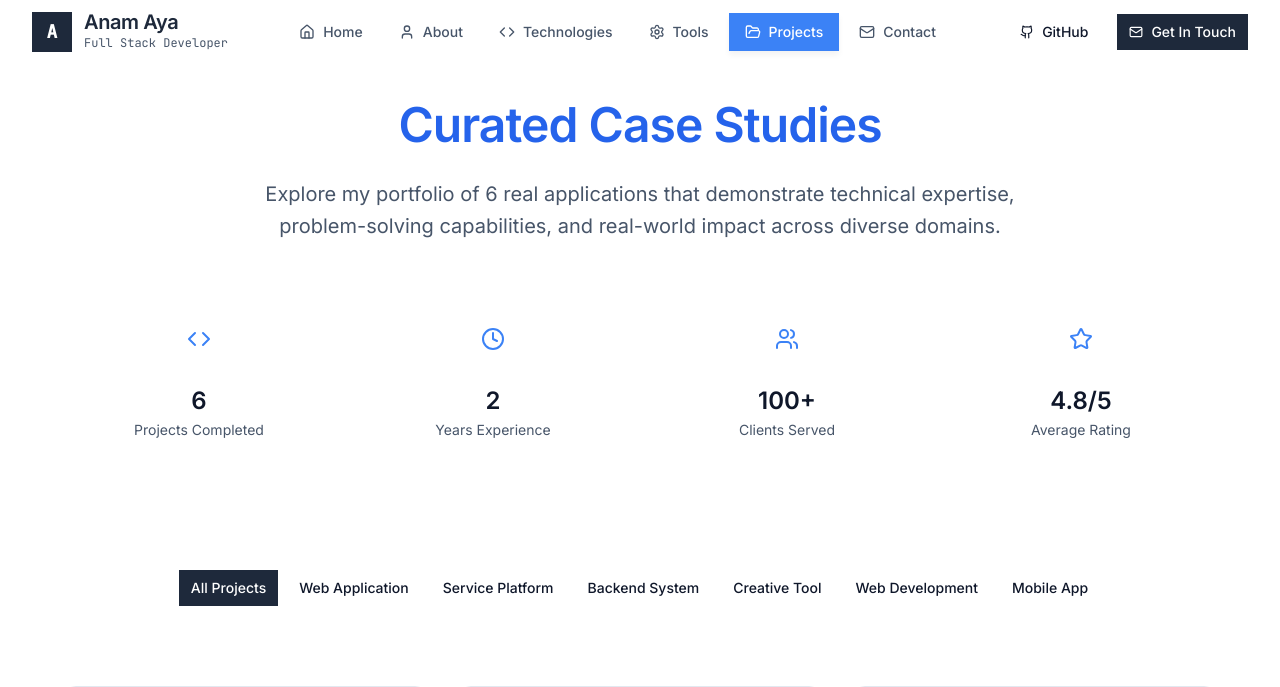
Repository: ayaaas/portflio_aya
Page: /projects-curated-case-studies
The author's editor kept a copy of each file at every save. The page is drawn from the files as they stood at one save, then again after a run of saves.
The browser window is 1280 px wide. The pictures show the part of the page from y = 0 to 687 px (the page is 2547 px tall).
Pictures or frames that could not be fetched are drawn as grey boxes. The project was rebuilt for these pictures with package versions that can differ from the ones it lists, and the page was loaded fresh each time. Also part of the build but not shown: vite.config.mjs, src/components/ErrorBoundary.jsx, src/pages/hero-section-developer-portfolio/components/ProfileImage.jsx, src/pages/hero-section-developer-portfolio/components/AnimatedText.jsx, src/pages/hero-section-developer-portfolio/components/HeroContent.jsx, src/pages/hero-section-developer-portfolio/components/BackgroundPattern.jsx, src/pages/hero-section-developer-portfolio/components/ScrollIndicator.jsx, src/pages/hero-section-developer-portfolio/index.jsx and 24 more.

Above is the page before, as saved 2025-07-18 23:58:51.

### index.html
<!doctype html>
<html lang="en">

<head>
  <meta charset="utf-8" />
  <title>anam-aya-portfolio</title>
  <meta name="viewport" content="width=device-width, initial-scale=1.0" />
  <meta name="theme-color" content="#000000" />
  <meta name="description" content="Web site created using create-react-app" />
  <link rel="icon" href="/favicon.ico" />
  <link rel="manifest" href="/manifest.json" />
<script type="module" src="https://static.rocket.new/rocket-web.js?_cfg=https%3A%2F%2Fanamayap2173back.builtwithrocket.new&_be=https%3A%2F%2Fapplication.rocket.new&_v=0.1.6"></script>
</head>

<body>
  <noscript>You need to enable JavaScript to run this app.</noscript>
  <div class="dhiwise-code" id="root"></div>
  <script type="module" src="/src/index.jsx"></script>
</body>

</html>

### src/Routes.jsx
import React from "react";
import { BrowserRouter, Routes as RouterRoutes, Route } from "react-router-dom";
import ScrollToTop from "components/ScrollToTop";
import ErrorBoundary from "components/ErrorBoundary";
// Add your imports here
import HeroSectionDeveloperPortfolio from "pages/hero-section-developer-portfolio";
import AboutMePersonalNarrative from "pages/about-me-personal-narrative";
import ToolsProfessionalWorkflowDisplay from "pages/tools-professional-workflow-display";
import ContactCommunicationPortal from "pages/contact-communication-portal";
import TechnologiesInteractiveStackShowcase from "pages/technologies-interactive-stack-showcase";
import ProjectsCuratedCaseStudies from "pages/projects-curated-case-studies";
import NotFound from "pages/NotFound";

const Routes = () => {
  return (
    <BrowserRouter>
      <ErrorBoundary>
      <ScrollToTop />
      <RouterRoutes>
        {/* Define your routes here */}
        <Route path="/" element={<HeroSectionDeveloperPortfolio />} />
        <Route path="/hero-section-developer-portfolio" element={<HeroSectionDeveloperPortfolio />} />
        <Route path="/about-me-personal-narrative" element={<AboutMePersonalNarrative />} />
        <Route path="/tools-professional-workflow-display" element={<ToolsProfessionalWorkflowDisplay />} />
        <Route path="/contact-communication-portal" element={<ContactCommunicationPortal />} />
        <Route path="/technologies-interactive-stack-showcase" element={<TechnologiesInteractiveStackShowcase />} />
        <Route path="/projects-curated-case-studies" element={<ProjectsCuratedCaseStudies />} />
        <Route path="*" element={<NotFound />} />
      </RouterRoutes>
      </ErrorBoundary>
    </BrowserRouter>
  );
};

export default Routes;

### src/pages/projects-curated-case-studies/index.jsx
import React, { useState, useEffect } from 'react';
import { motion } from 'framer-motion';
import Header from '../../components/ui/Header';
import ProjectCard from './components/ProjectCard';
import ProjectModal from './components/ProjectModal';
import ProjectFilter from './components/ProjectFilter';
import ProjectStats from './components/ProjectStats';

const ProjectsCuratedCaseStudies = () => {
  const [selectedProject, setSelectedProject] = useState(null);
  const [isModalOpen, setIsModalOpen] = useState(false);
  const [activeCategory, setActiveCategory] = useState('All');
  const [filteredProjects, setFilteredProjects] = useState([]);
  const [currentProjectIndex, setCurrentProjectIndex] = useState(0);

  // Real project data - only 6 projects as per user's actual work
  const projects = [
    {
      id: 1,
      title: "ANP Reservation Platform",
      category: "Web Application",
      description: "A comprehensive reservation platform for ANP with booking management, user authentication, and real-time availability tracking.",
      detailedDescription: "ANP Reservation Platform is a full-stack web application designed to streamline the booking process for ANP services. Features include user authentication, real-time availability checking, booking management, and automated confirmation systems.",
      image: "https://images.unsplash.com/photo-1556742049-0cfed4f6a45d?w=800&h=600&fit=crop",
      additionalImages: [
        "https://images.unsplash.com/photo-1563013544-824ae1b704d3?w=400&h=300&fit=crop",
        "https://images.unsplash.com/photo-1556742111-a301076d9d18?w=400&h=300&fit=crop"
      ],
      technologies: ["React", "Node.js", "MongoDB", "Express", "JWT", "Tailwind CSS"],
      keyFeatures: [
        "User authentication and authorization",
        "Real-time booking availability",
        "Automated confirmation system",
        "Booking management dashboard",
        "Responsive design",
        "Secure payment processing"
      ],
      status: "Live",
      metrics: [
        { value: "99%", label: "Uptime" },
        { value: "2s", label: "Load Time" },
        { value: "100+", label: "Bookings" },
        { value: "4.8/5", label: "User Rating" }
      ]
    },
    {
      id: 2,
      title: "UEvent - Agency Services Platform",
      category: "Service Platform",
      description: "Curated list of agencies with transparent pricing, verified providers, and detailed cost breakdowns to avoid hidden fees.",
      detailedDescription: "UEvent is a B2C service platform connecting clients with verified agencies. Features transparent pricing with detailed cost breakdowns, verified provider listings, and a dedicated platform for agencies to showcase their work and attract potential clients.",
      image: "https://images.unsplash.com/photo-1611224923853-80b023f02d71?w=800&h=600&fit=crop",
      additionalImages: [
        "https://images.unsplash.com/photo-1552664730-d307ca884978?w=400&h=300&fit=crop",
        "https://images.unsplash.com/photo-1460925895917-afdab827c52f?w=400&h=300&fit=crop"
      ],
      technologies: ["React", "Node.js", "MongoDB", "Express", "Stripe", "Tailwind CSS"],
      keyFeatures: [
        "Curated list of verified agencies",
        "Transparent pricing structure",
        "Detailed cost breakdowns",
        "Agency portfolio showcase",
        "Client review system",
        "Secure payment processing",
        "Enhanced client acquisition tools",
        "Reputation management system"
      ],
      status: "Live",
      metrics: [
        { value: "50+", label: "Agencies" },
        { value: "200+", label: "Clients" },
        { value: "4.9/5", label: "Rating" },
        { value: "95%", label: "Satisfaction" }
      ]
    },
    {
      id: 3,
      title: "Marketplace Backend",
      category: "Backend System",
      description: "Robust backend system for marketplace applications with user management, product catalog, and order processing capabilities.",
      detailedDescription: "A comprehensive backend system designed for marketplace applications. Features include user authentication, product management, order processing, payment integration, and real-time notifications.",
      image: "https://images.unsplash.com/photo-1611162617474-5b21e879e113?w=800&h=600&fit=crop",
      additionalImages: [
        "https://images.unsplash.com/photo-1522202176988-66273c2fd55f?w=400&h=300&fit=crop",
        "https://images.unsplash.com/photo-1573164713714-d95e436ab8d6?w=400&h=300&fit=crop"
      ],
      technologies: ["Node.js", "Express", "PostgreSQL", "JWT", "Stripe API", "Socket.io"],
      keyFeatures: [
        "RESTful API architecture",
        "User authentication system",
        "Product catalog management",
        "Order processing system",
        "Payment integration",
        "Real-time notifications",
        "Database optimization",
        "Security middleware"
      ],
      status: "Live",
      metrics: [
        { value: "99.9%", label: "Uptime" },
        { value: "50ms", label: "Response Time" },
        { value: "1000+", label: "API Calls/day" },
        { value: "Zero", label: "Security Issues" }
      ]
    },
    {
      id: 4,
      title: "Abstract Palette",
      category: "Creative Tool",
      description: "Digital art and color palette generation tool for designers and artists to create and manage color schemes.",
      detailedDescription: "Abstract Palette is a creative tool designed for digital artists and designers. It provides advanced color palette generation, color harmony analysis, and palette management features.",
      image: "https://images.unsplash.com/photo-1554224155-6726b3ff858f?w=800&h=600&fit=crop",
      additionalImages: [
        "https://images.unsplash.com/photo-1579621970563-ebec7560ff3e?w=400&h=300&fit=crop",
        "https://images.unsplash.com/photo-1551288049-bebda4e38f71?w=400&h=300&fit=crop"
      ],
      technologies: ["React", "Canvas API", "Color Theory Algorithms", "Local Storage", "CSS3"],
      keyFeatures: [
        "Color palette generation",
        "Color harmony analysis",
        "Palette export functionality",
        "Color accessibility checker",
        "Gradient generator",
        "Color picker tools",
        "Save and organize palettes",
        "Mobile-responsive design"
      ],
      status: "Live",
      metrics: [
        { value: "500+", label: "Palettes Created" },
        { value: "100+", label: "Users" },
        { value: "4.7/5", label: "Rating" },
        { value: "90%", label: "Return Rate" }
      ]
    },
    {
      id: 5,
      title: "Next.js Company Landing Page",
      category: "Web Development",
      description: "Modern, responsive company landing page built with Next.js featuring optimized performance and SEO.",
      detailedDescription: "A professional company landing page built with Next.js, featuring server-side rendering, optimized performance, SEO optimization, and responsive design. Includes contact forms, service sections, and modern UI components.",
      image: "https://images.unsplash.com/photo-1522202176988-66273c2fd55f?w=800&h=600&fit=crop",
      additionalImages: [
        "https://images.unsplash.com/photo-1516321318423-f06f85e504b3?w=400&h=300&fit=crop",
        "https://images.unsplash.com/photo-1434030216411-0b793f4b4173?w=400&h=300&fit=crop"
      ],
      technologies: ["Next.js", "React", "Tailwind CSS", "Vercel", "SEO Optimization"],
      keyFeatures: [
        "Server-side rendering",
        "SEO optimization",
        "Responsive design",
        "Performance optimization",
        "Contact form integration",
        "Modern UI components",
        "Fast loading times",
        "Mobile-first approach"
      ],
      status: "Live",
      metrics: [
        { value: "95", label: "Lighthouse Score" },
        { value: "1.2s", label: "Load Time" },
        { value: "98%", label: "Mobile Score" },
        { value: "A+", label: "SEO Grade" }
      ]
    },
    {
      id: 6,
      title: "Music Appl - Flutter Music Streaming App",
      category: "Mobile App",
      description: "Flutter mobile music streaming app with personalized recommendations, offline storage, and seamless audio playback.",
      detailedDescription: "Music Appl is a Flutter mobile music streaming app designed for personalized listening experiences. Features include favorite mechanism, recommendation system based on genres, navigation drawer, light/dark themes, SQFLite for offline storage, and audioplayers for seamless playback.",
      image: "https://images.unsplash.com/photo-1493225457124-a3eb161ffa5f?w=800&h=600&fit=crop",
      additionalImages: [
        "https://images.unsplash.com/photo-1514320291840-2e0a9bf2a9ae?w=400&h=300&fit=crop",
        "https://images.unsplash.com/photo-1487180144351-b8472da7d491?w=400&h=300&fit=crop"
      ],
      technologies: ["Flutter", "Dart", "SQFLite", "Audioplayers", "Material Design"],
      keyFeatures: [
        "Favorite songs mechanism",
        "Genre-based recommendations",
        "Navigation drawer interface",
        "Light and dark themes",
        "Offline music storage with SQFLite",
        "Seamless audio playback",
        "Play, pause, stop controls",
        "Background audio playback",
        "Multiple audio format support",
        "Playlist creation (in development)",
        "User login system (planned)",
        "Social sharing (planned)"
      ],
      status: "In Development",
      metrics: [
        { value: "1000+", label: "Songs Supported" },
        { value: "5", label: "Audio Formats" },
        { value: "100%", label: "Offline Capable" },
        { value: "4.5/5", label: "User Feedback" }
      ]
    }
  ];

  // Project statistics - updated to reflect actual 6 projects
  const projectStats = [
    { icon: "Code", value: "6", label: "Projects Completed" },
    { icon: "Clock", value: "2", label: "Years Experience" },
    { icon: "Users", value: "100+", label: "Clients Served" },
    { icon: "Star", value: "4.8/5", label: "Average Rating" }

  ];

  // Get unique categories
  const categories = [...new Set(projects.map(project => project.category))];

  // Filter projects based on active category
  useEffect(() => {
    if (activeCategory === 'All') {
      setFilteredProjects(projects);
    } else {
      setFilteredProjects(projects.filter(project => project.category === activeCategory));
    }
  }, [activeCategory]);

  // Auto-scroll projects every 30 seconds
  useEffect(() => {
    const interval = setInterval(() => {
      setCurrentProjectIndex((prevIndex) => (prevIndex + 1) % projects.length);
    }, 30000);

    return () => clearInterval(interval);
  }, [projects.length]);

  const handleViewDetails = (project) => {
    setSelectedProject(project);
    setIsModalOpen(true);
  };

  const handleCloseModal = () => {
    setIsModalOpen(false);
    setSelectedProject(null);
  };

  const handleCategoryChange = (category) => {
    setActiveCategory(category);
  };

  return (
    <div className="min-h-screen bg-background">
      <Header />

      {/* Hero Section */}
      <section className="pt-24 pb-16 px-6 lg:px-8">
        <div className="max-w-6xl mx-auto text-center">
          <motion.div
            initial={{ opacity: 0, y: 30 }}
            animate={{ opacity: 1, y: 0 }}
            transition={{ duration: 0.8 }}
          >
            <h1 className="text-4xl md:text-5xl font-bold text-blue-600 mb-6">
              Curated Case Studies
            </h1>
            <p className="text-xl text-text-secondary max-w-3xl mx-auto leading-relaxed">
              Explore my portfolio of 6 real applications that demonstrate technical expertise,
              problem-solving capabilities, and real-world impact across diverse domains.
            </p>
          </motion.div>
        </div>
      </section>

      {/* Project Statistics */}
      <section className="pb-16 px-6 lg:px-8">
        <div className="max-w-6xl mx-auto">
          <motion.div
            initial={{ opacity: 0, y: 30 }}
            animate={{ opacity: 1, y: 0 }}
            transition={{ duration: 0.8, delay: 0.2 }}
          >
            <ProjectStats stats={projectStats} />
          </motion.div>
        </div>
      </section>

      {/* Project Filter */}
      <section className="pb-8 px-6 lg:px-8">
        <div className="max-w-6xl mx-auto">
          <motion.div
            initial={{ opacity: 0, y: 30 }}
            animate={{ opacity: 1, y: 0 }}
            transition={{ duration: 0.8, delay: 0.4 }}
          >
            <ProjectFilter
              categories={categories}
              activeCategory={activeCategory}
              onCategoryChange={handleCategoryChange}
            />
          </motion.div>
        </div>
      </section>

      {/* Projects Grid */}
      <section className="pb-20 px-6 lg:px-8">
        <div className="max-w-6xl mx-auto">
          <motion.div
            initial={{ opacity: 0 }}
            animate={{ opacity: 1 }}
            transition={{ duration: 0.8, delay: 0.6 }}
            className="grid grid-cols-1 md:grid-cols-2 lg:grid-cols-3 gap-8"
          >
            {filteredProjects.map((project, index) => (
              <motion.div
                key={project.id}
                initial={{ opacity: 0, y: 30 }}
                animate={{ opacity: 1, y: 0 }}
                transition={{ duration: 0.6, delay: index * 0.1 }}
              >
                <ProjectCard
                  project={project}
                  onViewDetails={handleViewDetails}
                />
              </motion.div>
            ))}
          </motion.div>
        </div>
      </section>

      {/* Call to Action */}
      <section className="py-20 px-6 lg:px-8 bg-muted">
        <div className="max-w-4xl mx-auto text-center">
          <motion.div
            initial={{ opacity: 0, y: 30 }}
            animate={{ opacity: 1, y: 0 }}
            transition={{ duration: 0.8 }}
          >
            <h2 className="text-3xl font-bold text-blue-600 mb-6">
              Ready to Start Your Next Project?
            </h2>
            <p className="text-lg text-text-secondary mb-8 max-w-2xl mx-auto">
              Let's collaborate to bring your ideas to life with modern technology
              and thoughtful design. I'm always excited to work on challenging projects.
            </p>
            <div className="flex flex-col sm:flex-row gap-4 justify-center">
              <button
                onClick={() => window.location.href = '/contact-communication-portal'}
                className="px-8 py-3 bg-accent text-accent-foreground rounded-lg font-semibold hover-lift transition-all-300 flex items-center justify-center space-x-2"
              >
                <span>Get In Touch</span>
              </button>
              <button
                onClick={() => window.open('https://github.com/anamaya', '_blank')}
                className="px-8 py-3 border border-accent text-accent rounded-lg font-semibold hover-lift transition-all-300 flex items-center justify-center space-x-2"
              >
                <span>View All Projects</span>
              </button>
            </div>
          </motion.div>
        </div>
      </section>

      {/* Project Modal */}
      <ProjectModal
        project={selectedProject}
        isOpen={isModalOpen}
        onClose={handleCloseModal}
      />
    </div>
  );
};

export default ProjectsCuratedCaseStudies;

### src/components/ui/Button.jsx
import React from 'react';
import { Slot } from "@radix-ui/react-slot";
import { cva } from "class-variance-authority";
import { cn } from "../../utils/cn";
import Icon from '../AppIcon';

const buttonVariants = cva(
    "inline-flex items-center justify-center whitespace-nowrap rounded-md text-sm font-medium ring-offset-background transition-colors focus-visible:outline-none focus-visible:ring-2 focus-visible:ring-ring focus-visible:ring-offset-2 disabled:pointer-events-none disabled:opacity-50",
    {
        variants: {
            variant: {
                default: "bg-primary text-primary-foreground hover:bg-primary/90",
                destructive: "bg-destructive text-destructive-foreground hover:bg-destructive/90",
                outline: "border border-input hover:bg-accent hover:text-accent-foreground",
                secondary: "bg-secondary text-secondary-foreground hover:bg-secondary/80",
                ghost: "hover:bg-accent hover:text-accent-foreground",
                link: "text-primary underline-offset-4 hover:underline",
                success: "bg-success text-success-foreground hover:bg-success/90",
                warning: "bg-warning text-warning-foreground hover:bg-warning/90",
                danger: "bg-error text-error-foreground hover:bg-error/90",
            },
            size: {
                default: "h-10 px-4 py-2",
                sm: "h-9 rounded-md px-3",
                lg: "h-11 rounded-md px-8",
                icon: "h-10 w-10",
                xs: "h-8 rounded-md px-2 text-xs",
                xl: "h-12 rounded-md px-10 text-base",
            },
        },
        defaultVariants: {
            variant: "default",
            size: "default",
        },
    }
);

const Button = React.forwardRef(({
    className,
    variant,
    size,
    asChild = false,
    children,
    loading = false,
    iconName = null,
    iconPosition = 'left',
    iconSize = null,
    fullWidth = false,
    disabled = false,
    ...props
}, ref) => {
    const Comp = asChild ? Slot : "button";

    // Icon size mapping based on button size
    const iconSizeMap = {
        xs: 12,
        sm: 14,
        default: 16,
        lg: 18,
        xl: 20,
        icon: 16,
    };

    const calculatedIconSize = iconSize || iconSizeMap[size] || 16;

    // Loading spinner
    const LoadingSpinner = () => (
        <svg className="animate-spin -ml-1 mr-2 h-4 w-4" fill="none" viewBox="0 0 24 24">
            <circle className="opacity-25" cx="12" cy="12" r="10" stroke="currentColor" strokeWidth="4" />
            <path className="opacity-75" fill="currentColor" d="M4 12a8 8 0 018-8V0C5.373 0 0 5.373 0 12h4zm2 5.291A7.962 7.962 0 014 12H0c0 3.042 1.135 5.824 3 7.938l3-2.647z" />
        </svg>
    );

    // Icon rendering
    const renderIcon = () => {
        if (!iconName) return null;

        return (
            <Icon
                name={iconName}
                size={calculatedIconSize}
                className={cn(
                    children && iconPosition === 'left' && "mr-2",
                    children && iconPosition === 'right' && "ml-2"
                )}
            />
        );
    };

    return (
        <Comp
            className={cn(
                buttonVariants({ variant, size, className }),
                fullWidth && "w-full"
            )}
            ref={ref}
            disabled={disabled || loading}
            {...props}
        >
            {loading && <LoadingSpinner />}
            {iconName && iconPosition === 'left' && renderIcon()}
            {children}
            {iconName && iconPosition === 'right' && renderIcon()}
        </Comp>
    );
});

Button.displayName = "Button";

export default Button;

### src/pages/projects-curated-case-studies/components/ProjectFilter.jsx
import React from 'react';
import Button from '../../../components/ui/Button';

const ProjectFilter = ({ categories, activeCategory, onCategoryChange }) => {
  return (
    <div className="flex flex-wrap gap-2 justify-center mb-12">
      <Button
        variant={activeCategory === 'All' ? 'default' : 'outline'}
        size="sm"
        onClick={() => onCategoryChange('All')}
        className="transition-all-300"
      >
        All Projects
      </Button>
      {categories.map((category) => (
        <Button
          key={category}
          variant={activeCategory === category ? 'default' : 'outline'}
          size="sm"
          onClick={() => onCategoryChange(category)}
          className="transition-all-300"
        >
          {category}
        </Button>
      ))}
    </div>
  );
};

export default ProjectFilter;

### src/pages/projects-curated-case-studies/components/ProjectStats.jsx
import React from 'react';
import Icon from '../../../components/AppIcon';

const ProjectStats = ({ stats }) => {
  return (
    <div className="grid grid-cols-2 md:grid-cols-4 gap-6 mb-16">
      {stats.map((stat, index) => (
        <div key={index} className="text-center">
          <div className="w-16 h-16 bg-accent/10 rounded-full flex items-center justify-center mx-auto mb-4">
            <Icon name={stat.icon} size={24} className="text-accent" />
          </div>
          <div className="text-2xl font-bold text-text-primary mb-1">{stat.value}</div>
          <div className="text-sm text-text-secondary">{stat.label}</div>
        </div>
      ))}
    </div>
  );
};

export default ProjectStats;

Loaded but not shown: src/index.jsx (common file); src/App.jsx (common file); src/styles/tailwind.css (library); src/styles/index.css (common file); src/components/ScrollToTop.jsx (common file); src/components/AppIcon.jsx (common file); src/components/AppImage.jsx (common file); src/utils/cn.js (common file); tailwind.config.js (148 lines, source omitted); src/components/ui/Header.jsx (183 lines, source omitted); src/pages/projects-curated-case-studies/components/ProjectCard.jsx (118 lines, source omitted)

After the next 2 saves:
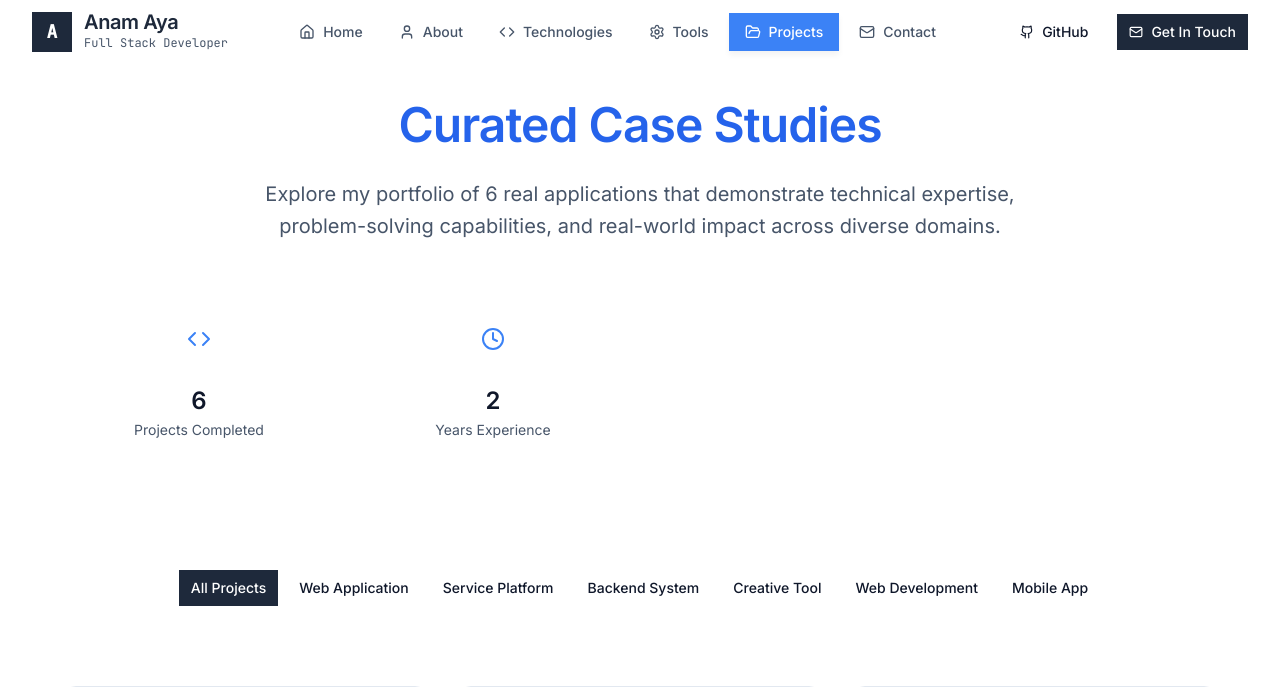
The 2 saves are shown as one change because they came seconds apart.
The last was saved 8 s later.
--- a/src/pages/projects-curated-case-studies/index.jsx
+++ b/src/pages/projects-curated-case-studies/index.jsx
@@ -202,9 +202,8 @@ const ProjectsCuratedCaseStudies = () => {
   // Project statistics - updated to reflect actual 6 projects
   const projectStats = [
     { icon: "Code", value: "6", label: "Projects Completed" },
-    { icon: "Clock", value: "2", label: "Years Experience" },
-    { icon: "Users", value: "100+", label: "Clients Served" },
-    { icon: "Star", value: "4.8/5", label: "Average Rating" }
+    { icon: "Clock", value: "2", label: "Years Experience" }
+
 
   ];
 
